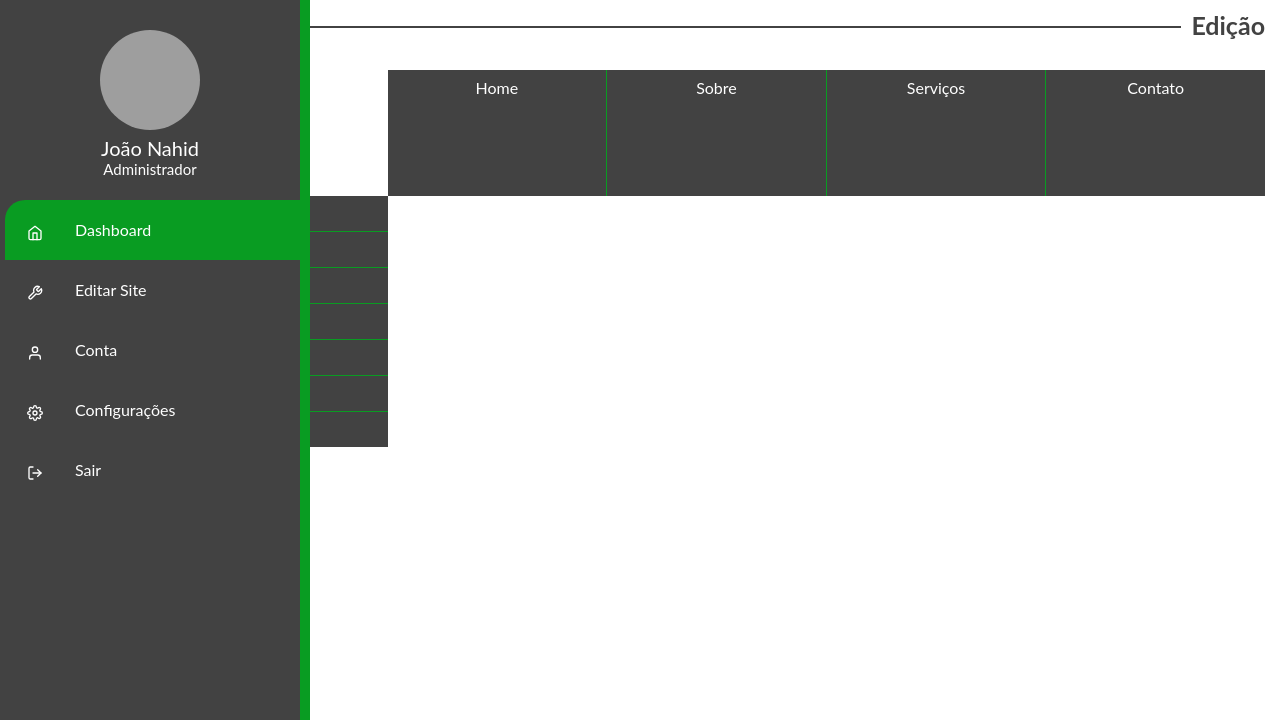
Repository: JoaoNahid/adminSystem
Page: /edicao (app in client/)
These files come from the project's save history. The page is drawn as it stood at one moment and after the next save; the edit follows.
The browser window is 1280 px wide. The pictures show the whole page.
Pictures or frames that could not be fetched are drawn as grey boxes. The page's requests for data from a server got no answer. The project was rebuilt for these pictures with package versions that can differ from the ones it lists, and the page was loaded fresh each time. No one was signed in, and anything a server would have sent is missing. Also part of the build but not shown: client/src/App.css, client/src/routes/login.js, client/src/routes/cadastro.js, client/src/routes/home.js, client/src/routes/404.js, client/src/routes/lote.js, client/src/routes/calculos.js.

Above is the page before, as saved 2022-05-10 19:55:55.

After the next save:
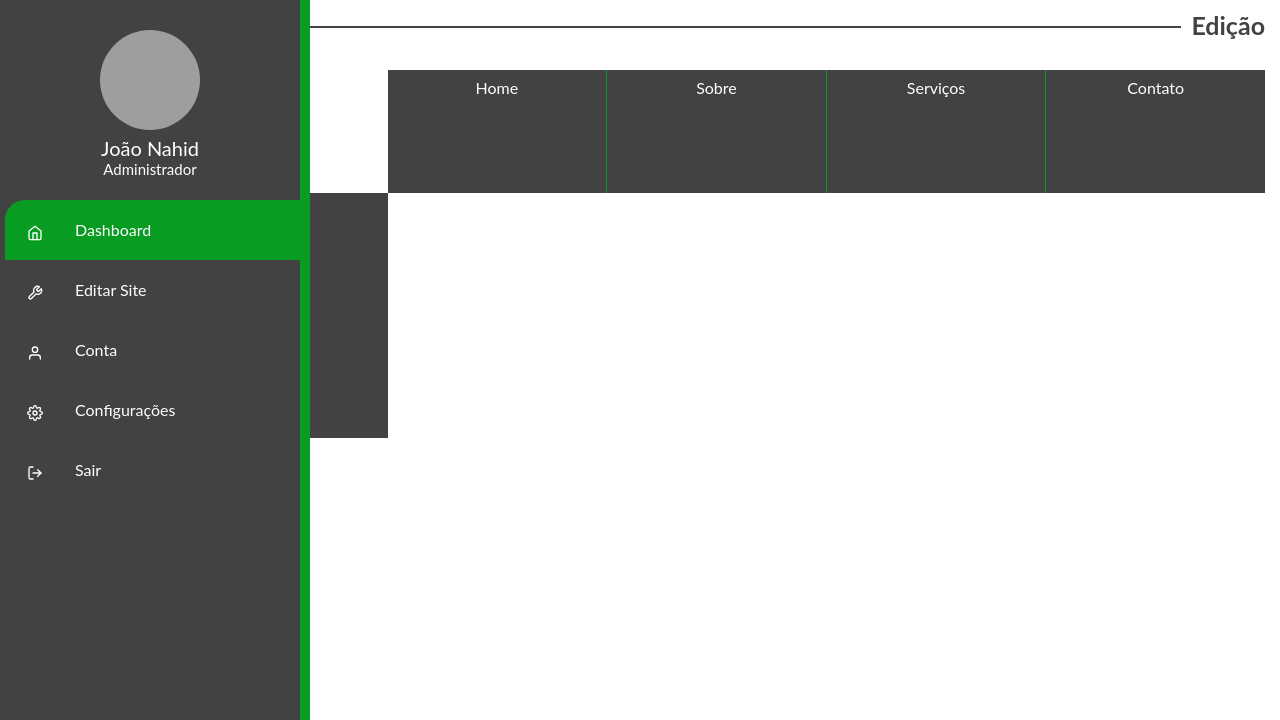
Saved 79 s later.
--- a/client/src/css/style.css
+++ b/client/src/css/style.css
@@ -423,7 +423,6 @@ input:focus{
   display: flex;
   flex-direction: column;
   background-color: var(--cor1);
-  gap: 1px;
 }
 .menuItensEdicao div{
   width: 100%;
